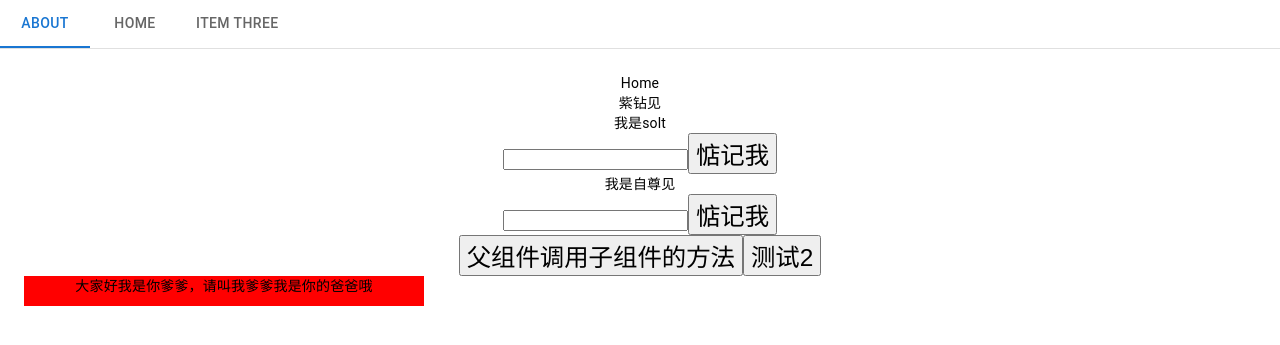
Repository: wupengwupeng/react-ts-vite
Page: /home
These files come from the project's save history. The page is drawn as it stood at one moment and after the next save; the edit follows.
The browser window is 1280 px wide. The pictures show the whole page.
The project was rebuilt for these pictures with package versions that can differ from the ones it lists, and the page was loaded fresh each time. Also part of the build but not shown: vite.config.ts, src/components/Test.tsx, src/components/TestTwo.tsx, src/components/count.tsx, src/page/about.tsx.

Above is the page before, as saved 2022-10-07 15:22:12.

After the next save:
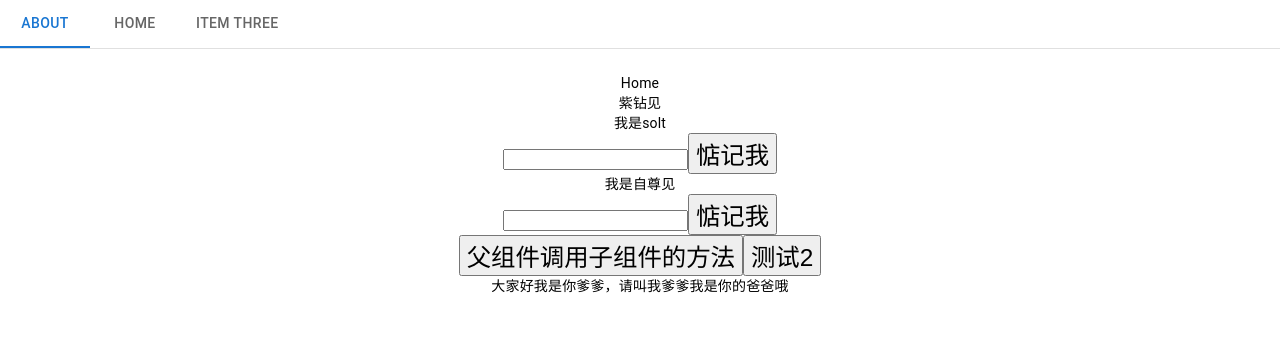
Saved 11 s later.
--- a/src/page/home.tsx
+++ b/src/page/home.tsx
@@ -36,9 +36,7 @@
       <ChildRef forwardRef={cdRef} innerRef={innerRef}></ChildRef>
       <button onClick={openChildFun}>父组件调用子组件的方法</button>
       <button onClick={handerTest}>测试2</button>
-      <div className="typing-card">
-        <TypingCard className="typing-card" source={source}></TypingCard>
-      </div>
+      <TypingCard className="typing-card" source={source}></TypingCard>
     </div>
   );
 }

After the save that followed:
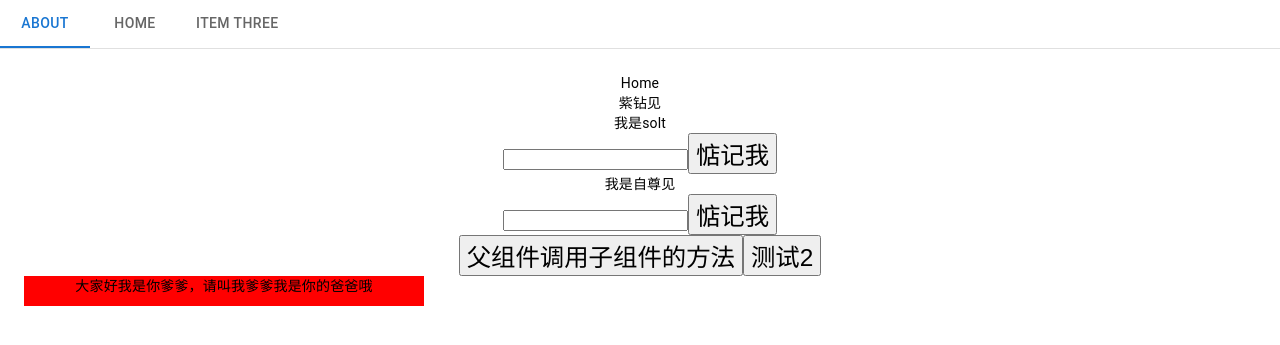
Saved 9 s later.
--- a/src/page/home.tsx
+++ b/src/page/home.tsx
@@ -36,7 +36,9 @@
       <ChildRef forwardRef={cdRef} innerRef={innerRef}></ChildRef>
       <button onClick={openChildFun}>父组件调用子组件的方法</button>
       <button onClick={handerTest}>测试2</button>
-      <TypingCard className="typing-card" source={source}></TypingCard>
+      <div className="typing-card">
+        <TypingCard source={source}></TypingCard>
+      </div>
     </div>
   );
 }
